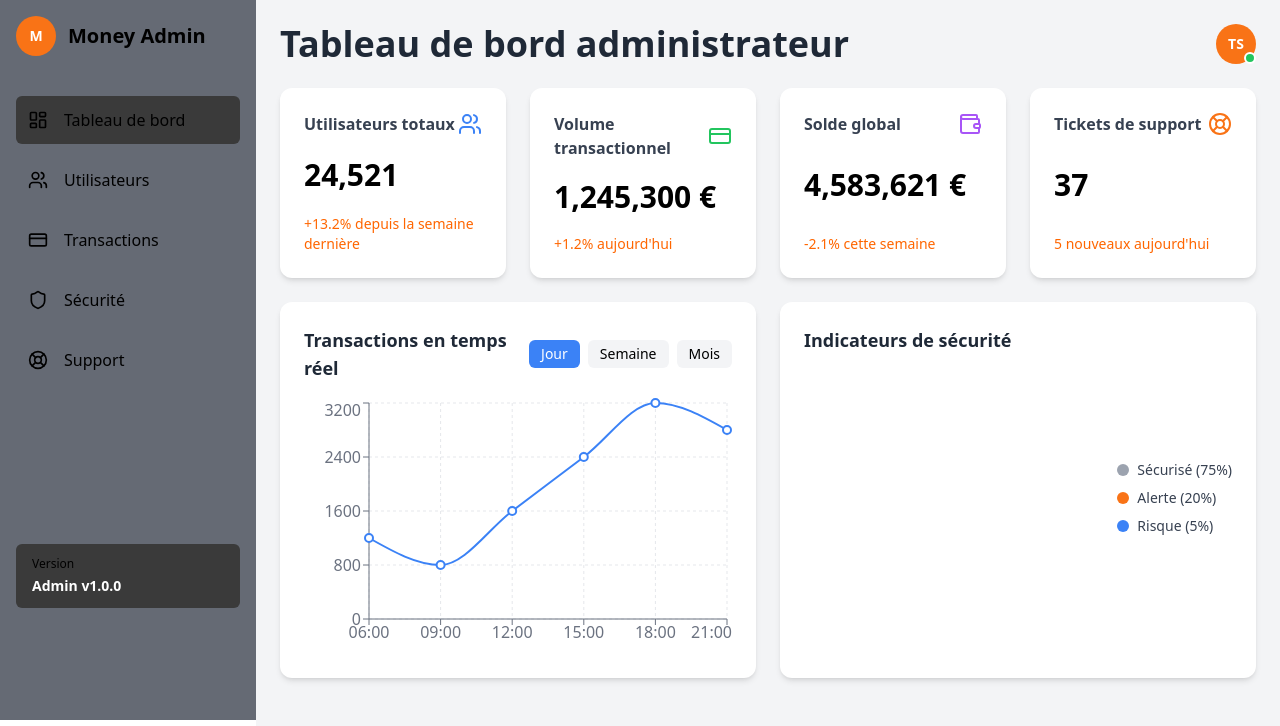
Repository: Edongo999/Dashboard
Page: /
The author's editor kept a copy of each file at every save. The page is drawn from the files as they stood at one save, then again after the next save.
The browser window is 1280 px wide. The pictures show the whole page.
The project was rebuilt for these pictures with package versions that can differ from the ones it lists, and the page was loaded fresh each time. Also part of the build but not shown: vite.config.ts.

Above is the page before, as saved 2025-10-13 14:55:09.

After the next save:
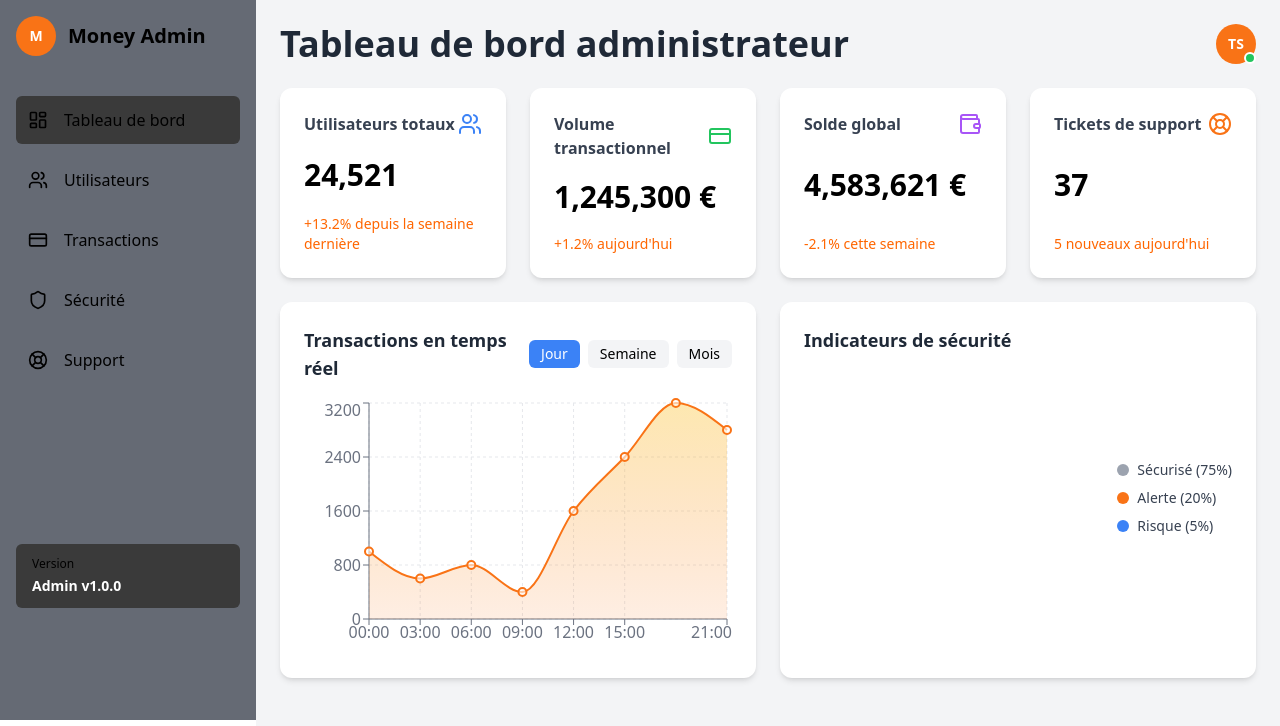
Saved 7 min 32 s later.
--- a/src/components/RealtimeChart.tsx
+++ b/src/components/RealtimeChart.tsx
@@ -1,6 +1,6 @@
 import {
-  LineChart,
-  Line,
+  AreaChart,
+  Area,
   XAxis,
   YAxis,
   Tooltip,
@@ -11,8 +11,10 @@ import { useState } from "react"
 
 const datasets = {
   jour: [
-    { time: "06:00", value: 1200 },
-    { time: "09:00", value: 800 },
+    { time: "00:00", value: 1000 },
+    { time: "03:00", value: 600 },
+    { time: "06:00", value: 800 },
+    { time: "09:00", value: 400 },
     { time: "12:00", value: 1600 },
     { time: "15:00", value: 2400 },
     { time: "18:00", value: 3200 },
@@ -59,7 +61,13 @@ const RealtimeChart = () => {
 
       <div className="h-64">
         <ResponsiveContainer width="100%" height="100%">
-          <LineChart data={datasets[view]}>
+          <AreaChart data={datasets[view]}>
+            <defs>
+              <linearGradient id="colorValue" x1="0" y1="0" x2="0" y2="1">
+                <stop offset="0%" stopColor="#FBBF24" stopOpacity={0.6} />
+                <stop offset="100%" stopColor="#F97316" stopOpacity={0.2} />
+              </linearGradient>
+            </defs>
             <CartesianGrid strokeDasharray="3 3" stroke="#E5E7EB" />
             <XAxis dataKey="time" stroke="#6B7280" />
             <YAxis stroke="#6B7280" />
@@ -67,14 +75,15 @@ const RealtimeChart = () => {
               contentStyle={{ backgroundColor: "#fff", borderRadius: "8px", border: "none" }}
               labelStyle={{ color: "#374151", fontWeight: "500" }}
             />
-            <Line
+            <Area
               type="monotone"
               dataKey="value"
-              stroke="#3B82F6"
+              stroke="#F97316"
               strokeWidth={2}
-              dot={{ r: 4, stroke: "#3B82F6", strokeWidth: 2, fill: "#fff" }}
+              fill="url(#colorValue)"
+              dot={{ r: 4, stroke: "#F97316", strokeWidth: 2, fill: "#fff" }}
             />
-          </LineChart>
+          </AreaChart>
         </ResponsiveContainer>
       </div>
     </div>
